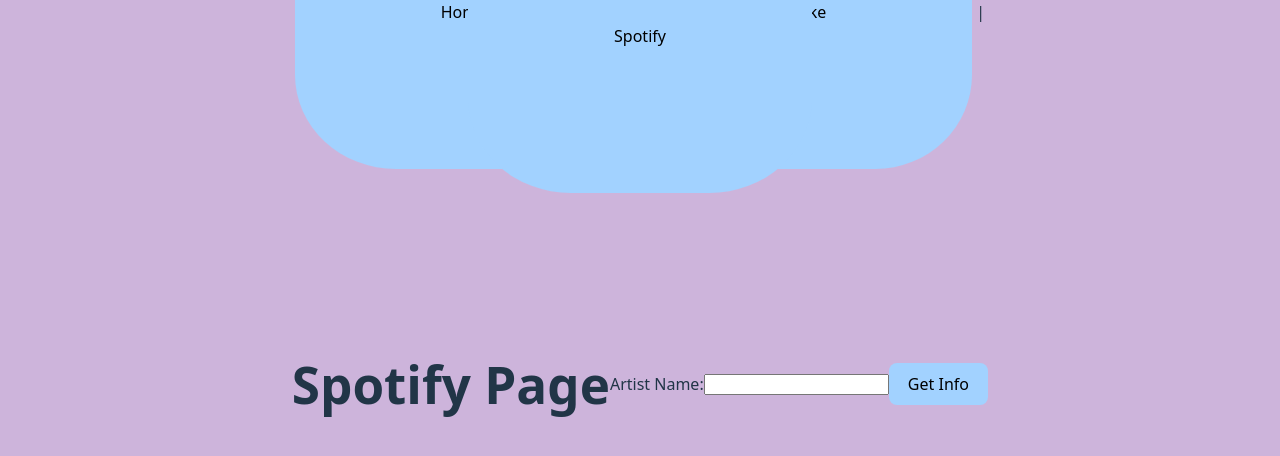
Repository: rosieomusic/spotify-react
Page: /spotify
The author's editor kept a copy of each file at every save. The page is drawn from the files as they stood at one save, then again after the next save.
The browser window is 1280 px wide. The pictures show the whole page.
The page's requests for data from a server got no answer. The project was rebuilt for these pictures with package versions that can differ from the ones it lists, and the page was loaded fresh each time. No one was signed in, and anything a server would have sent is missing. Settings that the repository does not hold, such as keys and server addresses, were given made-up values. Also part of the build but not shown: vite.config.js, src/pages/HomePage.jsx, src/components/AlbumComponent.jsx, src/services/JokeService.js, src/pages/JokePage.jsx.

Above is the page before, as saved 2025-05-09 19:06:39.

After the next save:
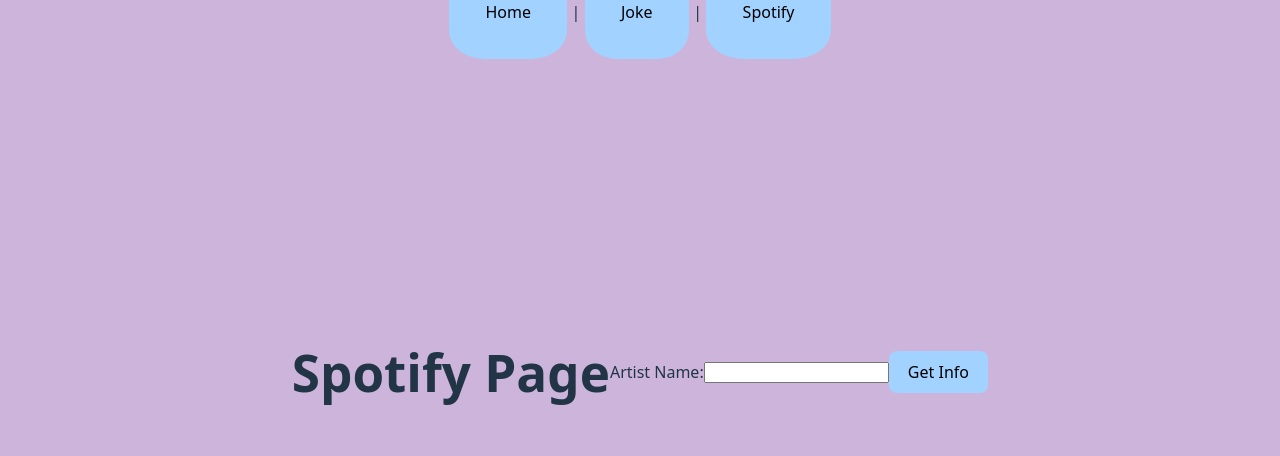
Saved 5 s later.
--- a/src/App.css
+++ b/src/App.css
@@ -42,7 +42,7 @@ a {
 	color: black;
 	background-color: #a2d2ff;
 	border-radius: 30%;
-	padding: 20%;
+	padding: 5%;
 }
 main {
 	flex-grow: 1;
